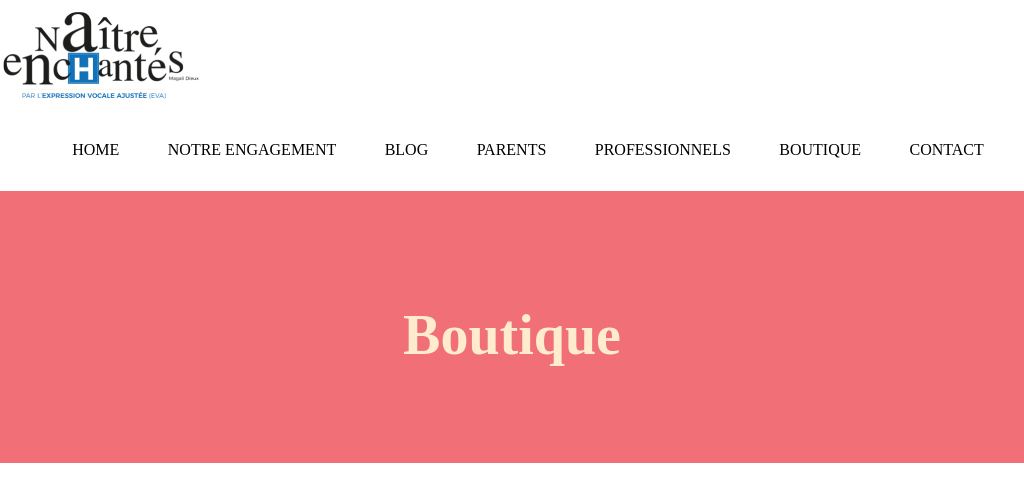
Repository: Khadija-Asa/naitre-enchantes
Page: header.html
These files come from the project's save history. The page is drawn as it stood at one moment and after a run of saves; the edit follows.
The browser window is 1024 px wide. The pictures show the whole page.

Above is the page before, as saved 2020-11-24 16:42:53.

### header.html
<!DOCTYPE html>
<html lang="en">
<head>
    <meta charset="UTF-8">
    <meta name="viewport" content="width=device-width, initial-scale=1.0">
    <title>naître enchantés</title>
    <link rel="stylesheet" href="header.css">
</head>
<body>
    <header>
        <div class="logo_titre">
            <img src="image/image 34.png" alt="logo" class="logo">
            <h1>NAITRE ENCHANTES</h1>
        </div>
        <ul class="nav">
             <li class="nav_element"><a href="">HOME</a></li>
             <li class="nav_element"><a href="">NOTRE ENGAGEMENT</a></li>
             <li class="nav_element"><a href="">Blog</a></li>
             <li class="nav_element"><a href="">PARENTS</a></li>
             <li class="nav_element"><a href="">PROFESSIONNELS</a></li>
             <li class="nav_element"><a href="">Boutique</a></li>
             <li class="nav_element"><a href="">contact</a></li>
        </ul>
       <div class="nav_portable">
        <button class="ham"></button>
        <nav class="navbar">
          <ul>
            <li><a class="menuLink" href="#">Home</a></li>
            <li><a class="menuLink" href="#">NOTRE ENGAGEMENT</a></li>
            <li><a class="menuLink" href="#">Blog</a></li>
            <li><a class="menuLink" href="#">PARENTS</a></li>
            <li><a class="menuLink" href="#">PROFESSIONNELS</a></li>
            <li><a class="menuLink" href="#">Boutique</a></li>
            <li><a class="menuLink" href="#">contact</a></li>
          </ul>
        </nav>
       </div>
        <div class="big_img_header"><h2 class="in_big_img">Boutique</h2></div>
    </header>




    <script type="text/javascript" src="header.js"></script>
</body>
</html>

### header.css
* {
    margin: 0;
    padding: 0;
    font-family: ;
}

h1 {
    margin-right: 35%;
    font-size: 2em;
    font-style: italic;
    text-align: center;
}
.logo_titre {
    display: flex;
    justify-content: space-between;
    align-items: center;
    flex-wrap: wrap;
}
.nav {
    display: flex;
    justify-content: space-around;
    align-items: center;
    flex-wrap: wrap;
    text-align: end;
    margin: 1.5em 15%;
    text-transform: uppercase;

}
.nav_element {
    list-style: none;
    margin-left: 1em;
}
.nav_element a {
    color: black;
    text-decoration: none;
}
@media screen and (max-width: 1188px) {
    h1 {
        display: none;
    }
    .logo{
       text-align: center;
    }
    .nav {
        display: flex;
        justify-content: space-around;
        align-items: center;
        flex-wrap: wrap;
        text-align: left;
        margin: 1.5em auto;
        text-transform: uppercase;
        padding: .5em 2em;

    }
    .nav_element {
        list-style: none;
        margin-left: 2em;

    }
    .nav_element a {
        color: black;
        text-decoration: none;
}
.big_img_header {
    background-color: #F16F76;
    height: 17em;
}
.in_big_img {
    text-align: center;
    color: blanchedalmond;
    font-size:3.5em ;
    font-style: ;
    padding-top: 2em;
}


/* nav pour la portable */
.nav_portable {
    display: none;
}

.ham {
    position: absolute;
    z-index: 1000;
    top: 20px;
    right: 20px;
    width: 36px;
    height: 36px;
    border: none;
    cursor: pointer;
    background-color: transparent;
    background-image: url("https://ljc-dev.github.io/testing0/ham.svg");
    background-size: 100%;
  }


  .showClose {
    background-image: url("https://ljc-dev.github.io/testing0/ham-close.svg");
  }

  .navbar {
    position: absolute;
    top: 0;
    left: 0;
    width: 100vw;
    height: 100vh;
    overflow: hidden;
    color: white;
    transform: translateY(-100%);
    background-color: gray;
    transition: transform 0.2s ease;
  }


  .showNav {

    transform: translateY(0);
  }


  .navbar ul {
    width: 100%;
    height: 100%;
    list-style: none;
    display: flex;
    flex-flow: column nowrap;
    justify-content: space-evenly;
    align-items: center;
  }

  .navbar ul li a {
    color: white;
    padding-bottom: 10px;
    border-bottom: 2px solid black;
    text-decoration: none;
    font-family: 'Open Sans', sans-serif;
    font-size: 1.2rem;
  }

  .navbar ul li a:hover, .navbar ul li a:focus {
    border-bottom: 2px solid white;
  }

### header.js
let boutton = document.querySelector(".ham");
let nav = document.querySelector(".navbar");

boutton.addEventListener("click",magic );
function  magic (){
  nav.classList.toggle("showNav");
  boutton.classList.toggle("showClose");
}

After the next 2 saves:
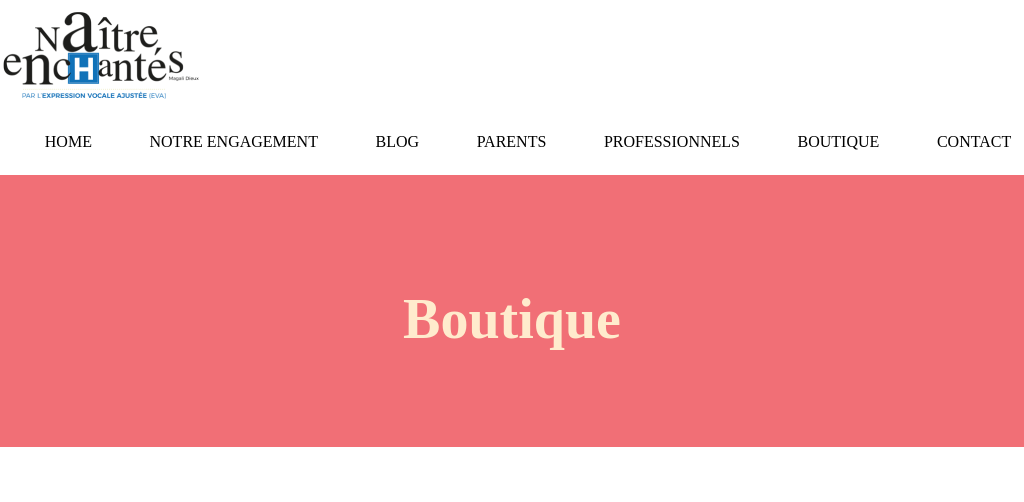
The 2 saves are shown as one change because they came seconds apart.
The last was saved 53 s later.
--- a/header.css
+++ b/header.css
@@ -49,13 +49,12 @@
         text-align: left;
         margin: 1.5em auto;
         text-transform: uppercase;
-        padding: .5em 2em;
+        padding: .5em 2;
 
     }
     .nav_element {
         list-style: none;
         margin-left: 2em;
-
     }
     .nav_element a {
         color: black;

After the 2 saves that followed:
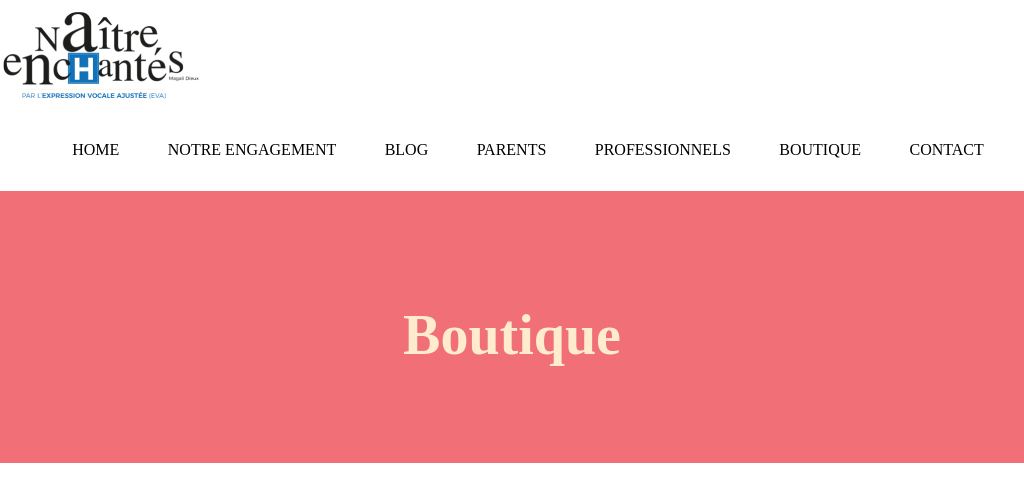
The 2 saves are shown as one change because they came seconds apart.
The last was saved 8 s later.
--- a/header.css
+++ b/header.css
@@ -49,7 +49,7 @@
         text-align: left;
         margin: 1.5em auto;
         text-transform: uppercase;
-        padding: .5em 2;
+        padding: .5em 2em;
 
     }
     .nav_element {
